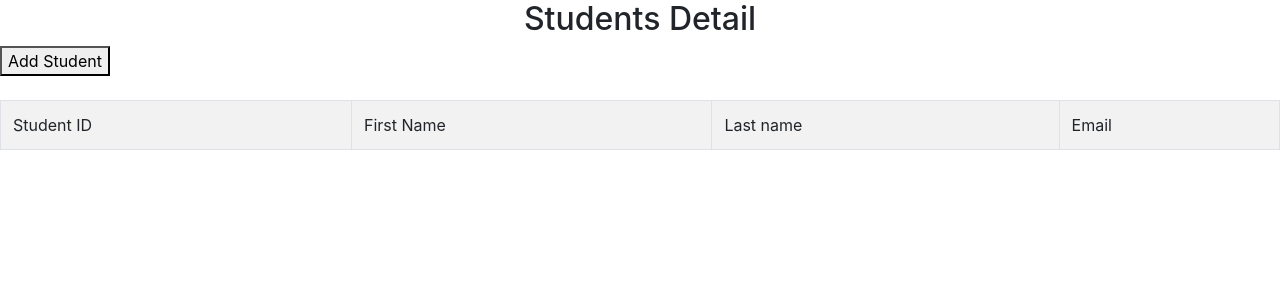
Repository: manvendra-24/jsp-servlets
Page: http://localhost/12-student-mvc-db/StudentController
These files come from the project's save history. The page is drawn as it stood at one moment and after the next save; the edit follows.
The browser window is 1280 px wide. The pictures show the whole page.
The page is served by Tomcat 9. Queries for data that is not in the repository find no rows.

Above is the page before, as saved 2024-07-18 06:21:17.

After the next save:
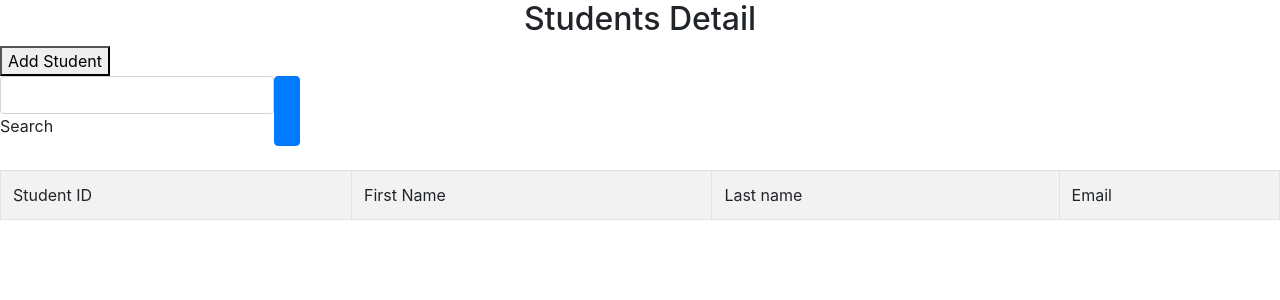
Saved 27 min 57 s later.
--- a/12-student-mvc-db/WebContent/view-students.jsp
+++ b/12-student-mvc-db/WebContent/view-students.jsp
@@ -15,6 +15,21 @@
 	<a href="add-student.jsp">
 	<button class="btn-btn-primary"> Add Student</button>
 	</a>
+
+	<div class="" id="search-bar">
+		<div id="column">
+
+		</div>
+		<div class="input-group">
+			<div class="form-outline" data-mdb-input-init>
+				<input type="search" id="form1" class="form-control" /> <label
+					class="form-label" for="form1">Search</label>
+			</div>
+			<button type="button" class="btn btn-primary" data-mdb-ripple-init>
+				<i class="fas fa-search"></i>
+			</button>
+		</div>
+	</div>
 	<table border="1" class="table table-striped table-bordered mt-4">
     <tr>
         <td>Student ID</td>
